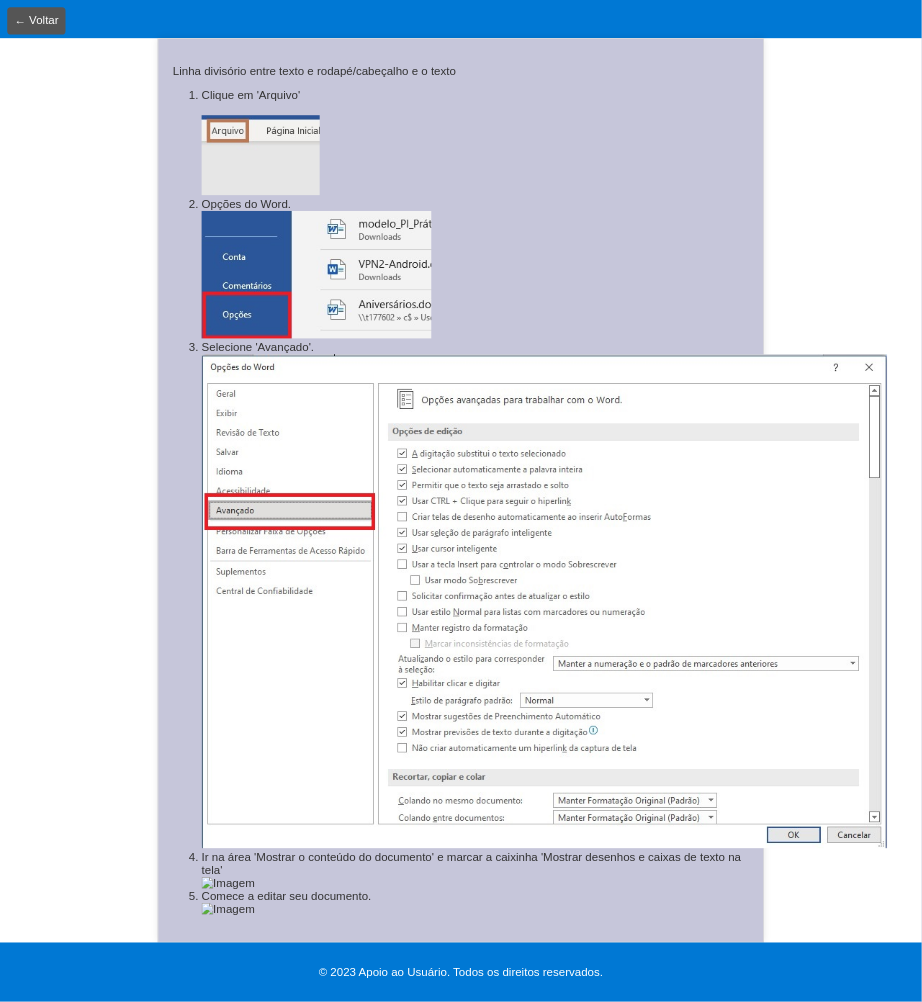
Repository: I4guito/dicasdez
Page: Dicas site/office365 tutoriais/wordtutoriais/linhadivisório.html
The author's editor kept a copy of each file at every save. The page is drawn from the files as they stood at one save, then again after a run of saves.
The browser window is 1280 px wide. The pictures show the whole page, at 72% of full size.

Above is the page before, as saved 2023-12-01 10:47:27.

After the next 2 saves:
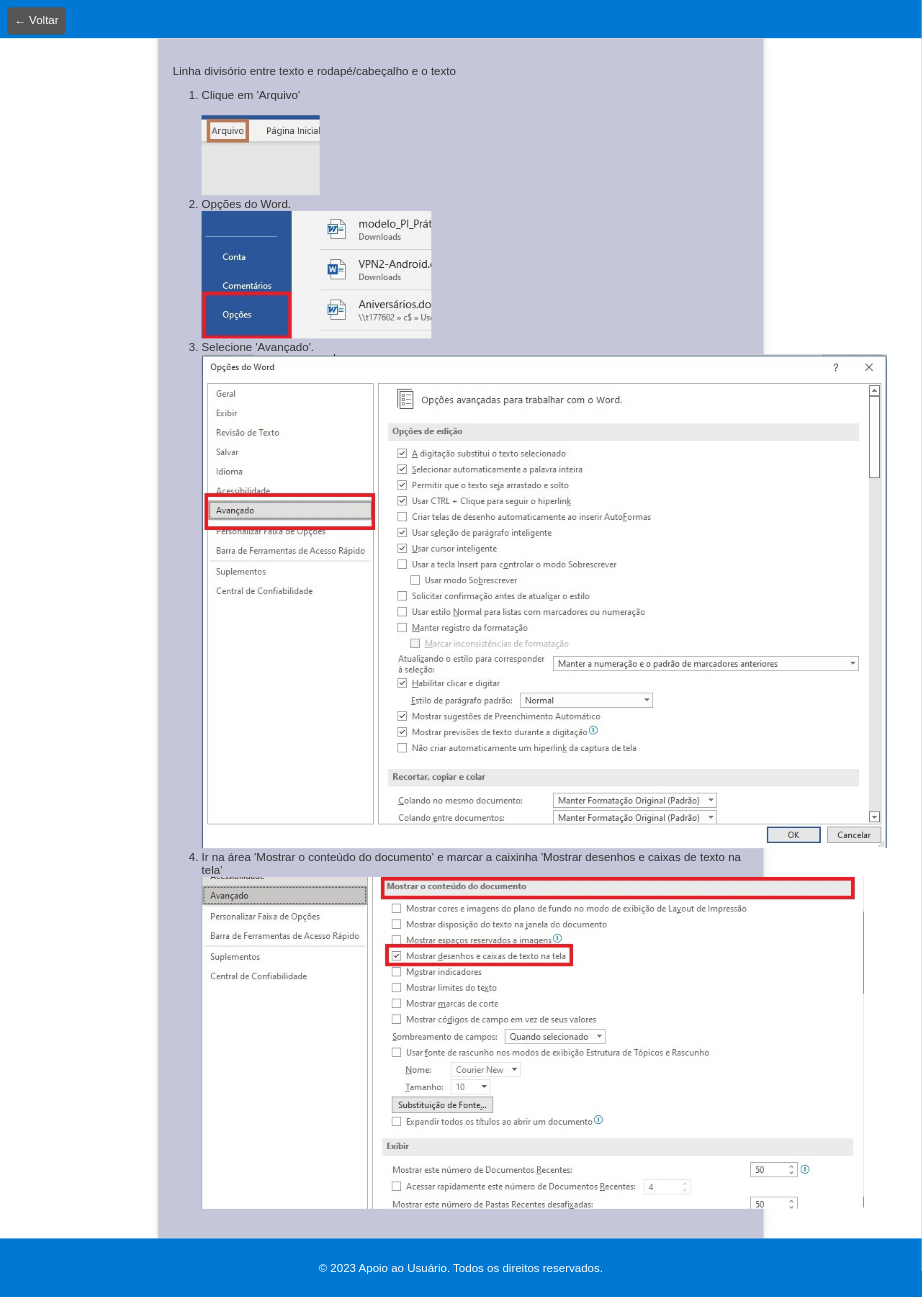
The 2 saves are shown as one change because they came seconds apart.
The last was saved 11 s later.
--- a/Dicas site/office365 tutoriais/wordtutoriais/linhadivisório.html
+++ b/Dicas site/office365 tutoriais/wordtutoriais/linhadivisório.html
@@ -26,9 +26,7 @@
             <li>Selecione 'Avançado'.</li>
             <img src="/Dicas site/office365 tutoriais/word imagens tutorial/avançadoword.jpeg" alt="Imagem">
             <li>Ir na área 'Mostrar o conteúdo do documento' e marcar a caixinha 'Mostrar desenhos e caixas de texto na tela'</li>
-            <img src="/Dicas site/" alt="Imagem">
-            <li>Comece a editar seu documento.</li>
-            <img src="/Dicas site/" alt="Imagem">
+            <img src="/Dicas site/office365 tutoriais/word imagens tutorial/mostrarconteudododocumentoword.jpeg" alt="Imagem">
         </ol>
     </section>
     </div>
